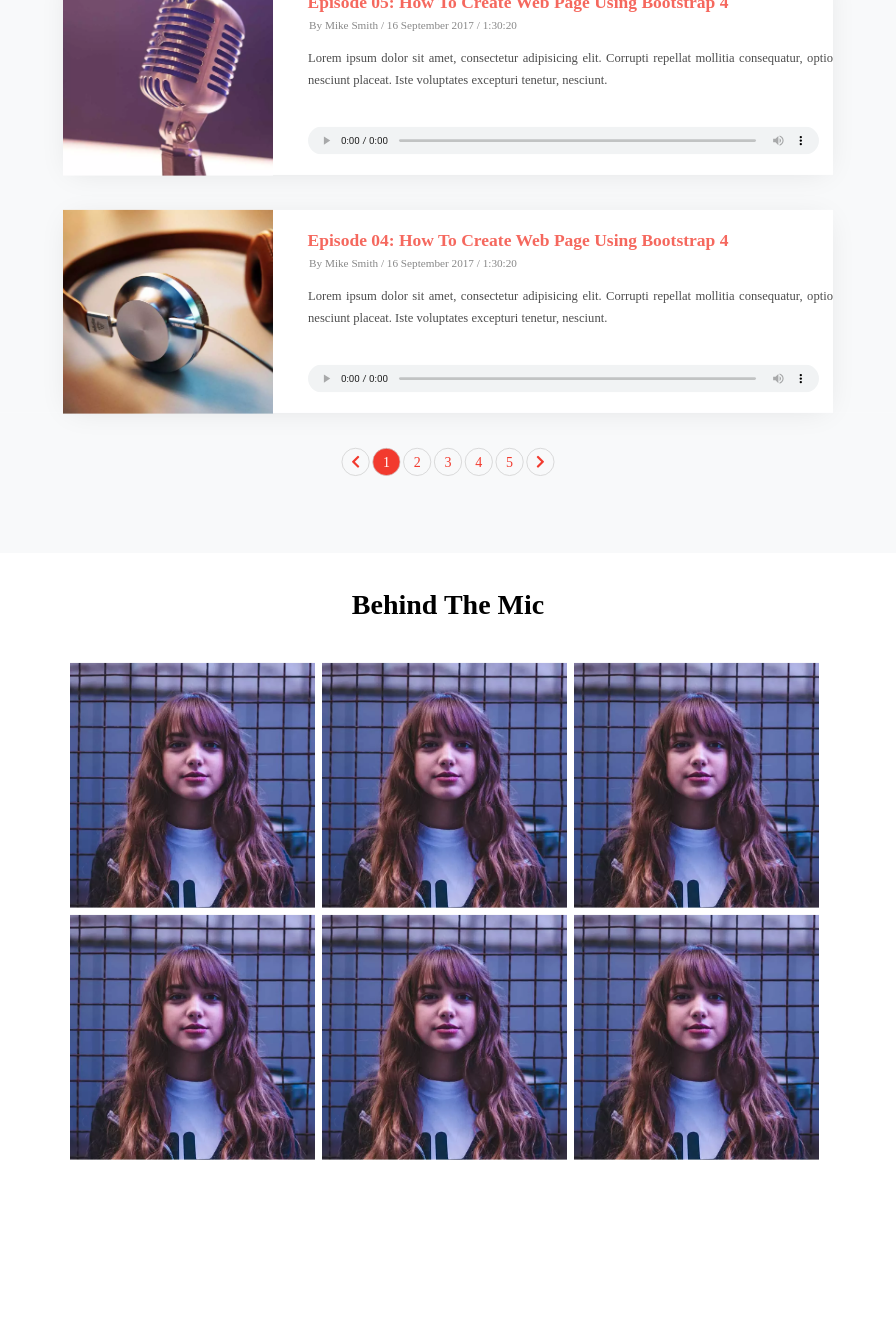
Repository: nhutduy0803/template2
Page: index.html
These files come from the project's save history. The page is drawn as it stood at one moment and after the next save; the edit follows.
The browser window is 1280 px wide. The pictures show the part of the page from y = 2077 to 3997 px (the page is 3997 px tall), at 70% of full size.

Above is the page before, as saved 2021-12-09 13:34:57.

After the next save:
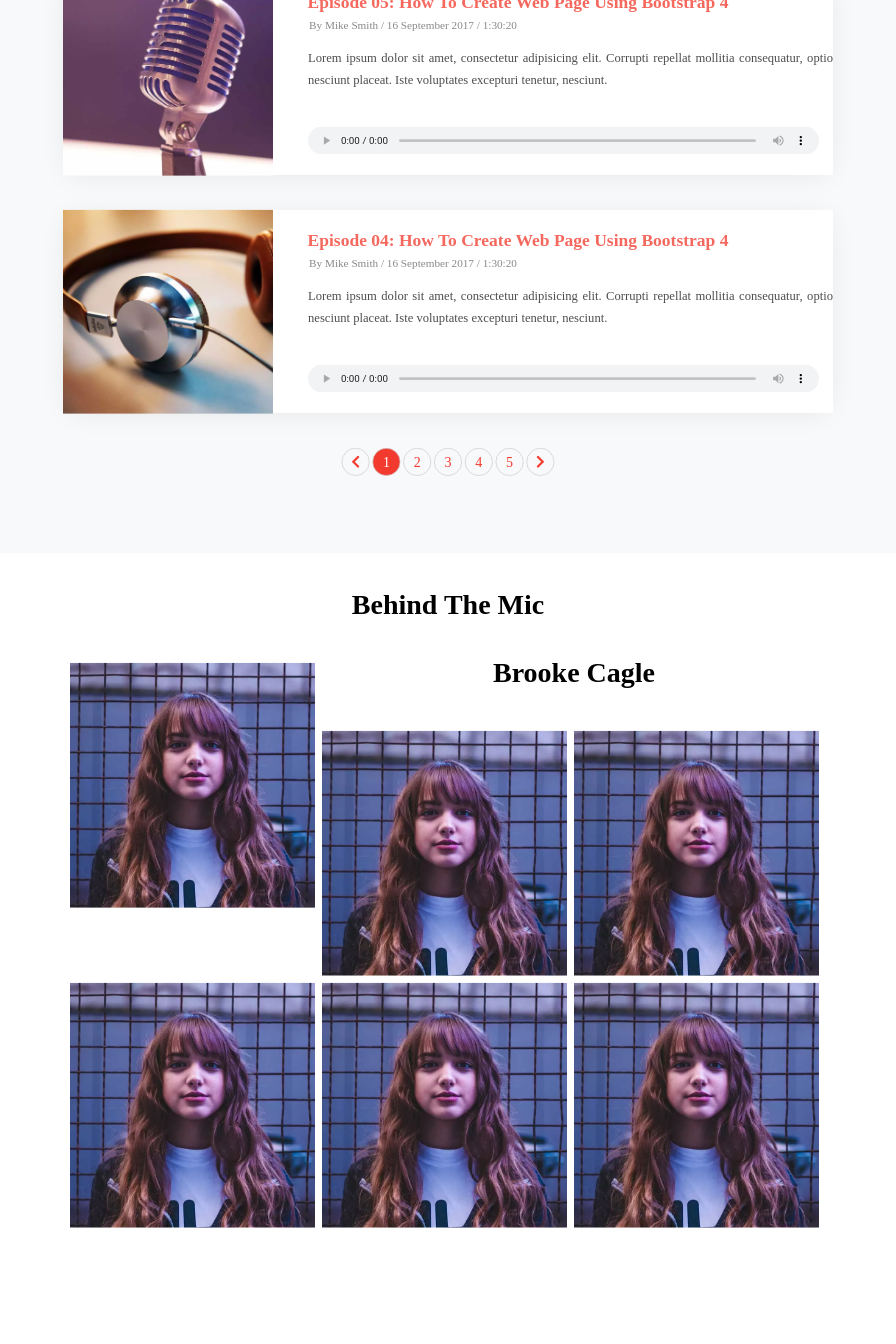
Saved 50 s later.
--- a/index.html
+++ b/index.html
@@ -161,6 +161,9 @@
         <div class="picture-behind">
           <img src="./assets/css/img/behind1.webp" alt="" />
         </div>
+        <div class="content-behind">
+          <h2>Brooke Cagle</h2>
+        </div>
       </div>
       <div class="container-behind">
         <div class="picture-behind">

After the save that followed:
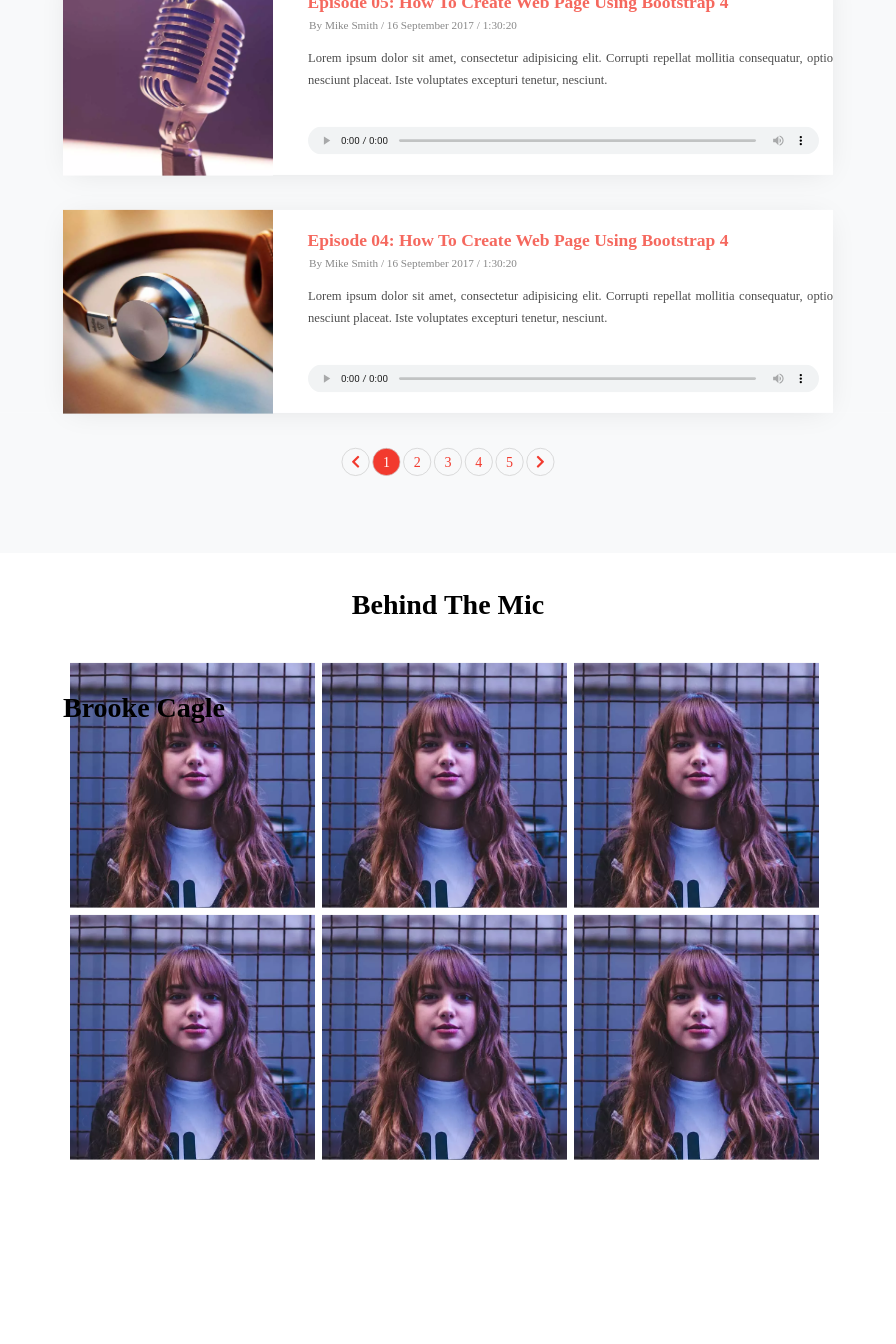
Saved 20 s later.
--- a/assets/css/style.css
+++ b/assets/css/style.css
@@ -377,3 +377,7 @@
   transition: 0.5s;
   z-index: 1;
 }
+
+.content-behind {
+  position: absolute;
+}
